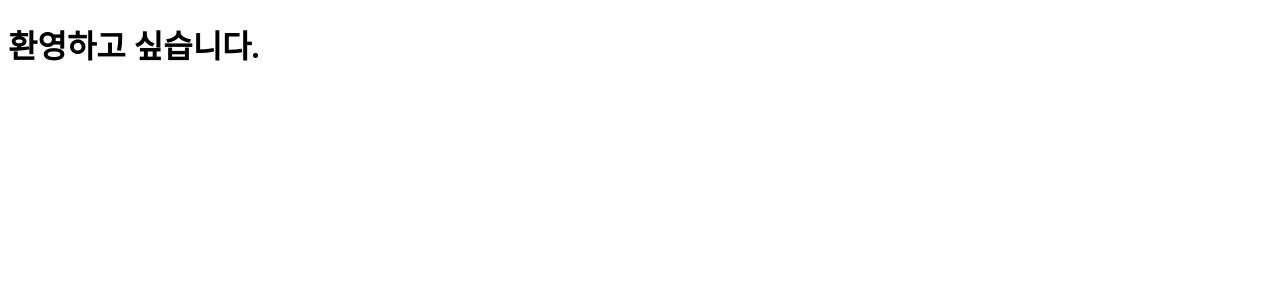
Repository: an-sehyeon/web_inworld
Page: web_inwolrd/04_Servlet/dev/web/src/main/webapp/index.html
These files come from the project's save history. The page is drawn as it stood at one moment and after the next save; the edit follows.
The browser window is 1280 px wide. The pictures show the whole page.

Above is the page before, as saved 2024-12-12 13:56:02.

After the next save:
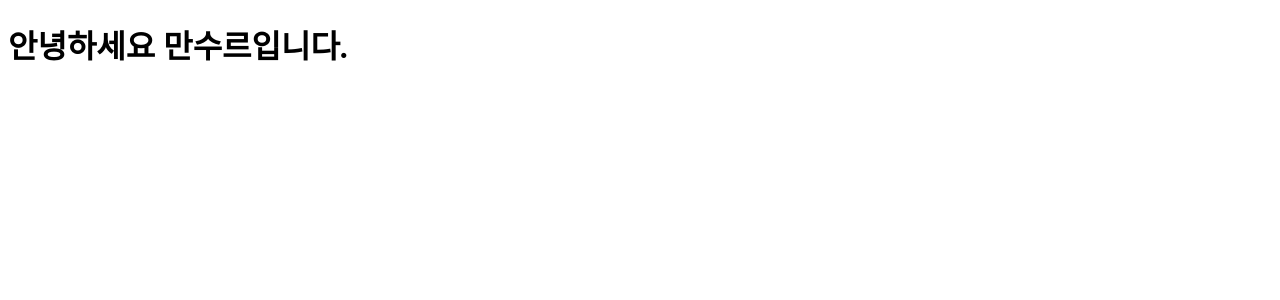
Saved 35 h 23 min later.
--- a/web_inwolrd/04_Servlet/dev/web/src/main/webapp/index.html
+++ b/web_inwolrd/04_Servlet/dev/web/src/main/webapp/index.html
@@ -5,6 +5,6 @@
 <title>Insert title here</title>
 </head>
 <body>
-	<h1>환영하고 싶습니다.</h1>
+	<h1>안녕하세요 만수르입니다.</h1>
 </body>
 </html>
